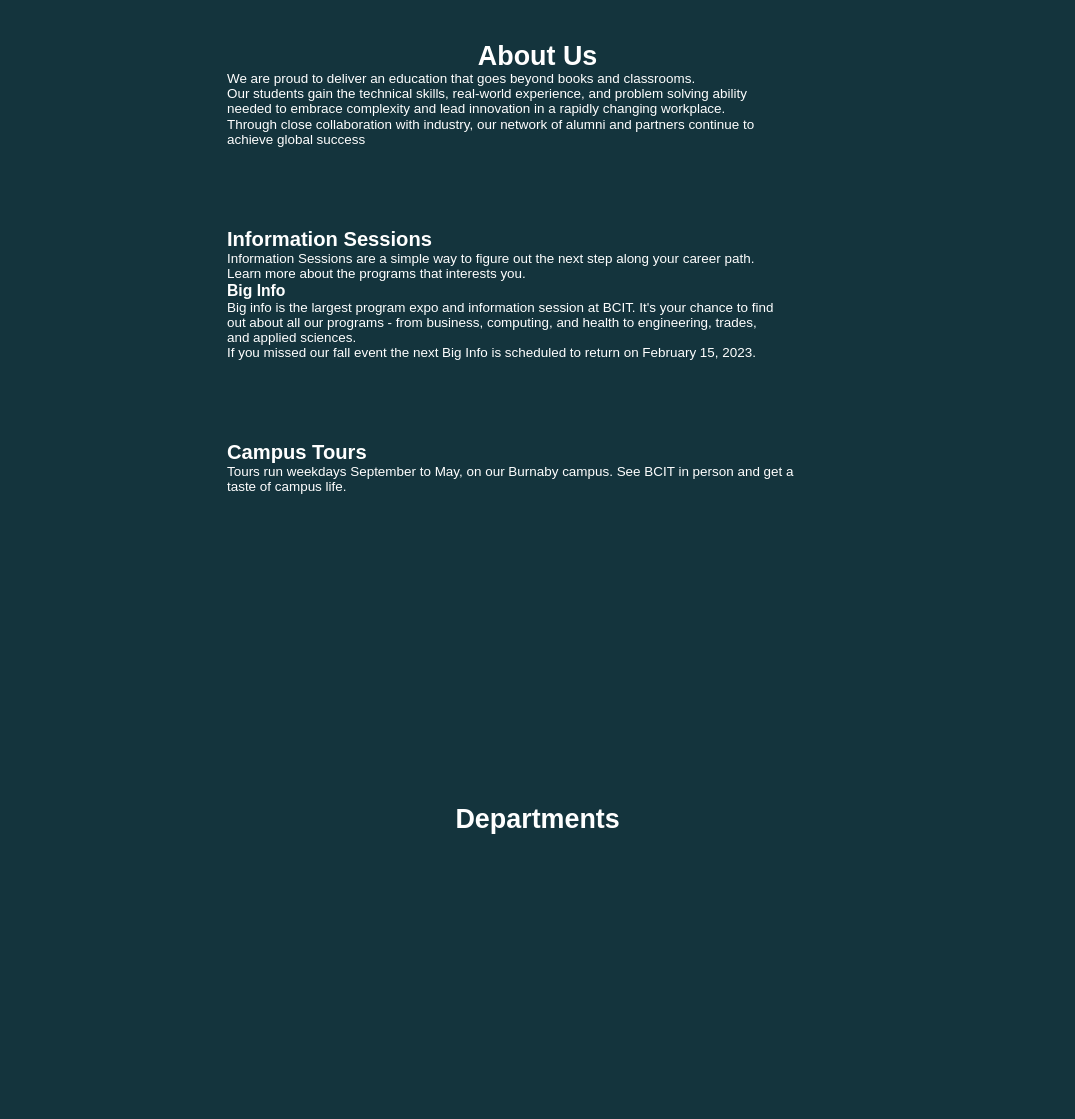
Repository: jennydmcm/assignment-1-playwright-site-A01338943
Page: /about
These files come from the project's save history. The page is drawn as it stood at one moment and after the next save; the edit follows.
The browser window is 1280 px wide. The pictures show the whole page, at 84% of full size.
The project was rebuilt for these pictures with package versions that can differ from the ones it lists, and the page was loaded fresh each time. The framework's server and built-in components were replaced by stand-ins that run in the browser. Also part of the build but not shown: next.config.js.

Above is the page before, as saved 2023-02-08 13:14:44.

### pages/_app.js
import '../styles/globals.css'
import '../styles/variables.css'

function MyApp({ Component, pageProps }) {
  return <Component {...pageProps} />
}

export default MyApp

### pages/about.js
import Head from "next/head";
import Image from "next/image";
import { Inter } from "@next/font/google";
import styles from "@/styles/About.module.css";
const inter = Inter({ subsets: ["latin"] });

export default function Home() {
  return (
    <>
      <Head>
        <title>About Us</title>
        <meta name="description" content="Generated by create next app" />
        <meta name="viewport" content="width=device-width, initial-scale=1" />
        <meta name="author" content="MDIA 2109" />
        <meta property="og:title" content="Assignment #1 - About Us Page" />
        <meta
          property="og:description"
          content="BCIT Digital Design and Development Diploma"
        />
        <link rel="icon" href="/favicon.png" />
      </Head>
      <main className={styles.main}>
        <header>
          <div className={styles.about}>
            <h1 className={styles.aboutTitle}>About Us</h1>
            <p>
              We are proud to deliver an education that goes beyond books and
              classrooms.
            </p>
            <p>
              Our students gain the technical skills, real-world experience, and
              problem solving ability <br></br>
              needed to embrace complexity and lead innovation in a rapidly
              changing workplace.
            </p>
            <p>
              Through close collaboration with industry, our network of alumni
              and partners continue to <br></br>
              achieve global success
            </p>
          </div>
          <div className={styles.infosesh}>
            <h2>Information Sessions</h2>
            <p>
              Information Sessions are a simple way to figure out the next step
              along your career path. <br></br>
              Learn more about the programs that interests you.
            </p>
            <h3>Big Info</h3>
            <p>
              Big info is the largest program expo and information session at
              BCIT. It's your chance to find<br></br>
              out about all our programs - from business, computing, and health
              to engineering, trades,<br></br>
              and applied sciences.
            </p>
            <p>
              If you missed our fall event the next Big Info is scheduled to
              return on February 15, 2023.
            </p>
          </div>

          <div className={styles.tours}>
            <h2>Campus Tours</h2>
            <p>
              Tours run weekdays September to May, on our Burnaby campus. See
              BCIT in person and get a<br></br>
              taste of campus life.
            </p>
          </div>
          <div className={styles.dept}>
            <h1>Departments</h1>
          </div>
        </header>
        <a>
          <span>
            <img href="/upwardArrow.png"></img>
            <img href="downwardArrow.png"></img>
          </span>
        </a>
      </main>
    </>
  );
}

### styles/variables.css
:root{
    --primary-color: #fff;
    --secondary-color: #f4d6b9;
    --ternary-color: #14343d;
    --quaternary-color: #14343d;
    --quinary-color: rgba(16,46,53,0.5);

}

### styles/About.module.css
.main{
    background-color: var(--ternary-color);
    color: var(--primary-color);
    font-family: Arial, Helvetica, sans-serif;
    display: flex;
    flex-direction: column;
    align-items: center;
}
.about{
    display: flex;
    flex-direction: column;
    padding: 3rem;

}


.infosesh{
    display: flex;
    flex-direction: column;
    padding: 3rem;

}

.tours{
    display: flex;
    flex-direction: column;
    padding: 3rem;

}

.dept{
    display: flex;
    flex-direction: column;
    padding: 20rem;
    align-items: flex-start;


}

.aboutTitle{
    display: flex;
    flex-direction: column;
    align-items: center;
}

Loaded but not shown: pages/_document.js (common file); pages/api/hello.js (common file); styles/globals.css (common file)

After the next save:
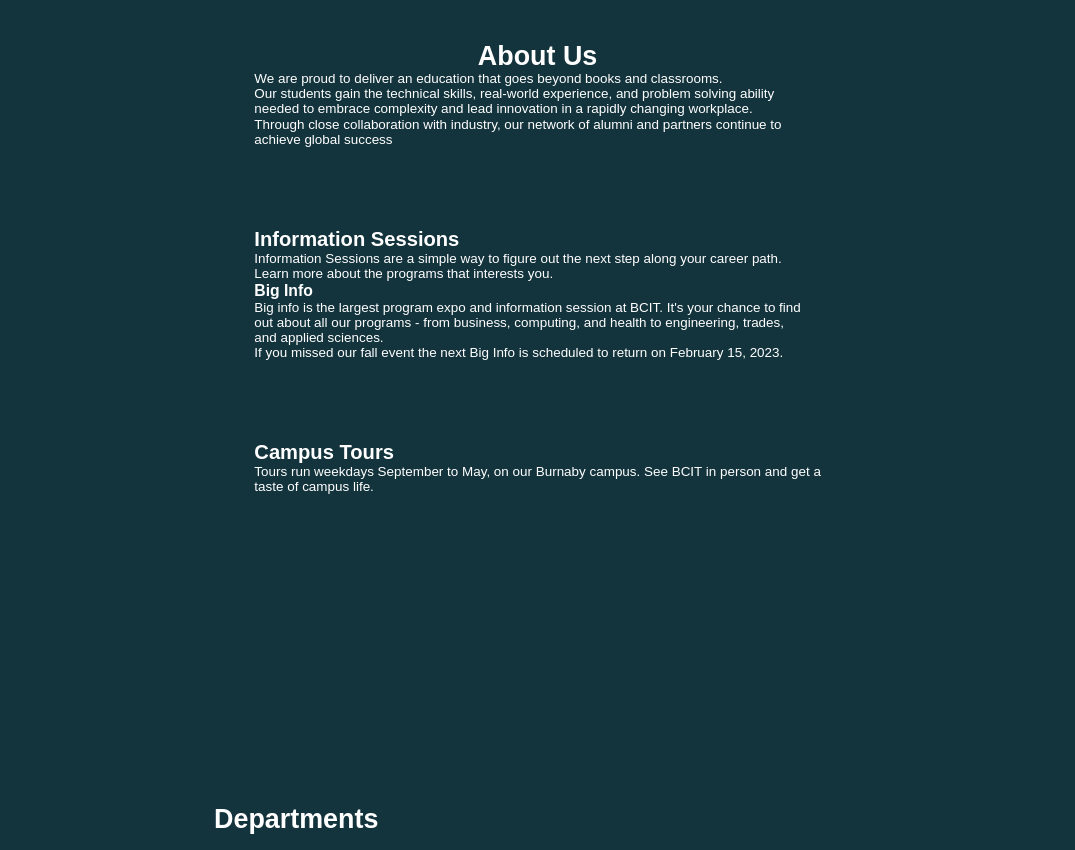
Saved 11 s later.
--- a/styles/About.module.css
+++ b/styles/About.module.css
@@ -31,7 +31,7 @@
 .dept{
     display: flex;
     flex-direction: column;
-    padding: 20rem;
+    padding-top: 20rem;
     align-items: flex-start;
 
 
